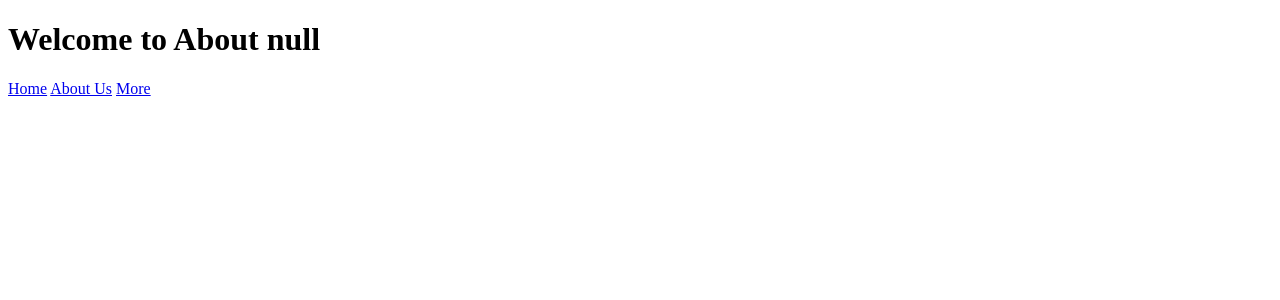
Repository: Senyadt2/Projects-On-Java
Page: http://localhost/HttpSession/about.jsp
These files come from the project's save history. The page is drawn as it stood at one moment and after a run of saves; the edit follows.
The browser window is 1280 px wide. The pictures show the whole page.
The page is served by Tomcat 10.

Above is the page before, as saved 2024-03-24 10:10:39.

After the next 2 saves:
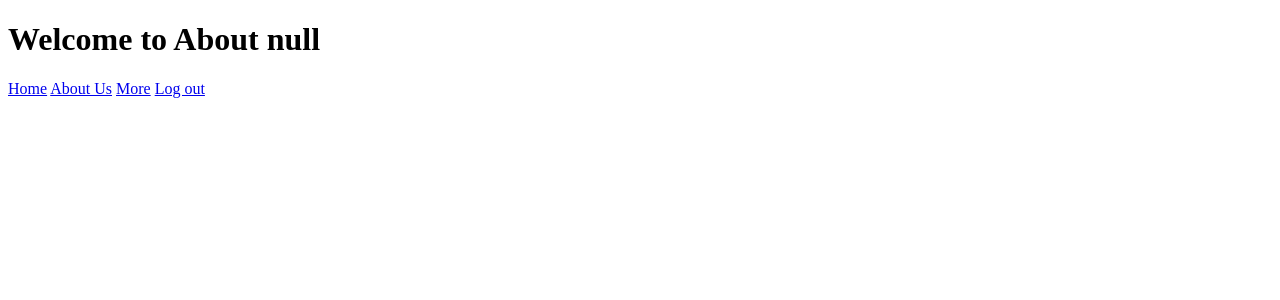
The 2 saves are shown as one change because they came seconds apart.
The last was saved 6 s later.
--- a/HttpSession/src/main/webapp/about.jsp
+++ b/HttpSession/src/main/webapp/about.jsp
@@ -5,13 +5,16 @@
 <title>Insert title here</title>
 </head>
 <body>
-<%
+	<%
 	String name = (String) session.getAttribute("name");
 	%>
-	<h1>Welcome to About <%= name %></h1>
+	<h1>
+		Welcome to About
+		<%=name%></h1>
 	<a href="home.jsp">Home</a>
 	<a href="about.jsp">About Us</a>
 	<a href="profile.jsp">More</a>
+	<a href="Logout">Log out</a>
 
 
 </body>
